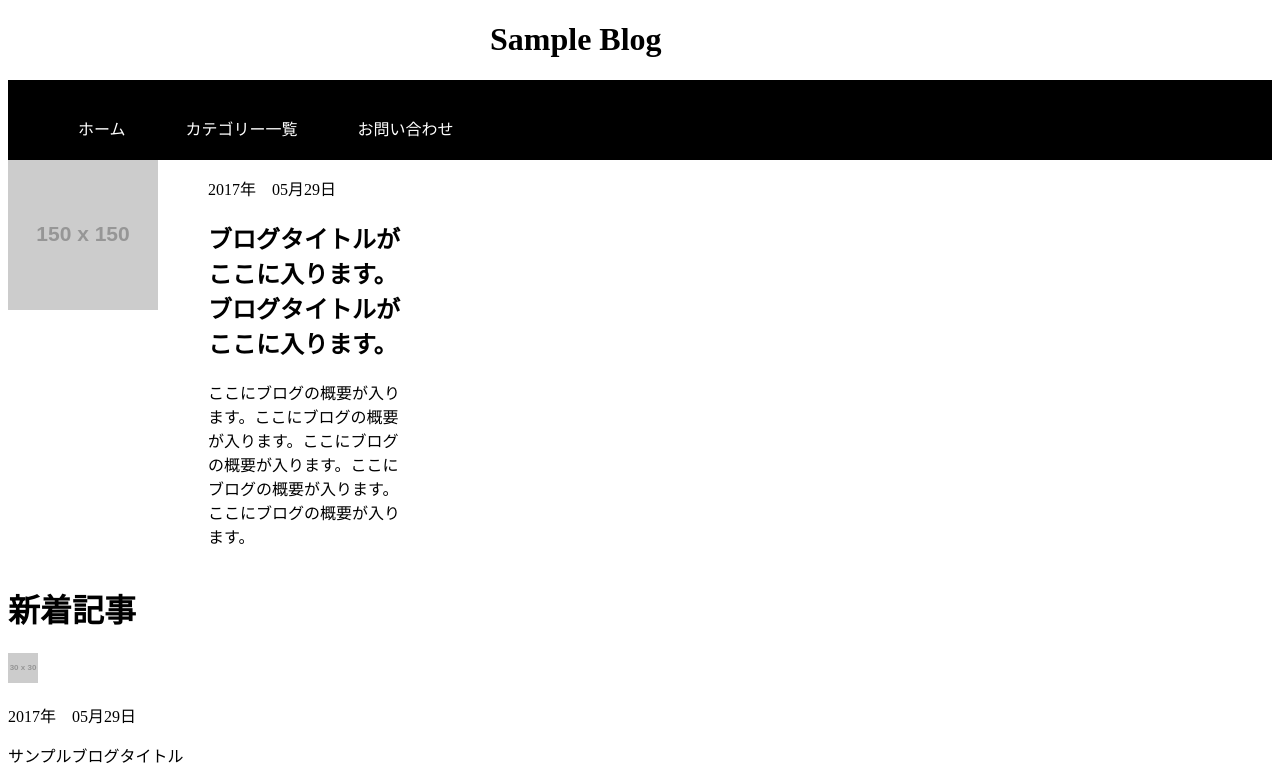
Repository: taka292/code3
Page: html/batty_coffee_stand/index.html
The author's editor kept a record of every edit. The page is drawn from the files as they stood at one moment, then again after the next edit.
The browser window is 1280 px wide. The pictures show the whole page.

Above is the page before.
Not found: html/batty_coffee_stand/css/normalize.css

After the next edit:
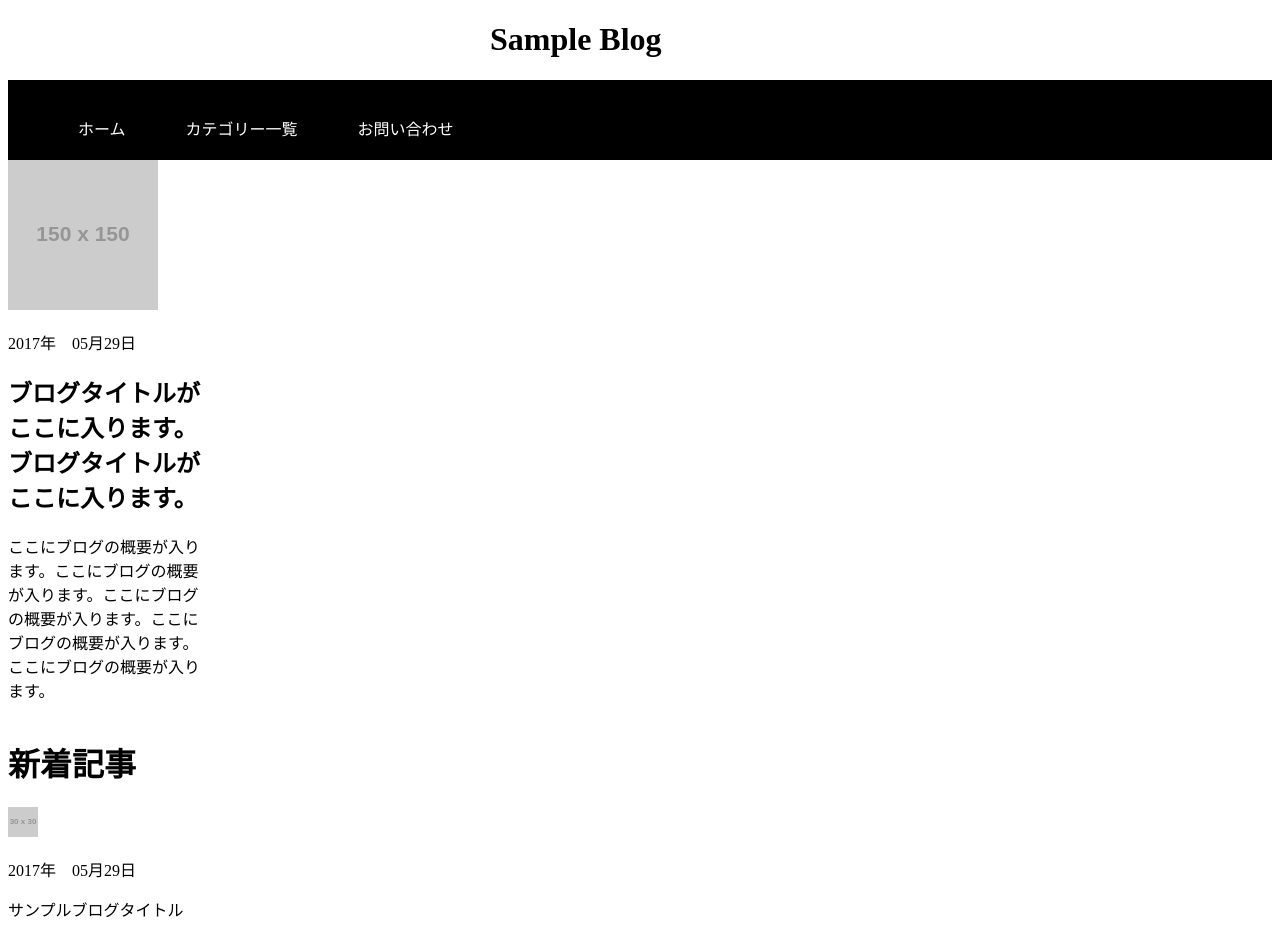
The edit:
--- a/html/batty_coffee_stand/css/style.css
+++ b/html/batty_coffee_stand/css/style.css
@@ -32,20 +32,20 @@
   content:" ";
 }
 
-/*.img-contents{*/
-/*  width :150px;*/
-/*}*/
+.img-contents{
+  width :150px;
+}
 
-/*.large-contents{*/
-/*  float:left;*/
-/*}*/
+.large-contents{
+  float:left;
+}
 
-/*.left-contents{*/
-/*  width :50%;*/
-/*}*/
-/*.right-contents{*/
-/*  width :50%;*/
-/*}*/
-/*main {*/
-/*  width:100%;*/
-/*}*/
+.left-contents{
+  width :50%;
+}
+.right-contents{
+  width :50%;
+}
+main {
+  width:100%;
+}
